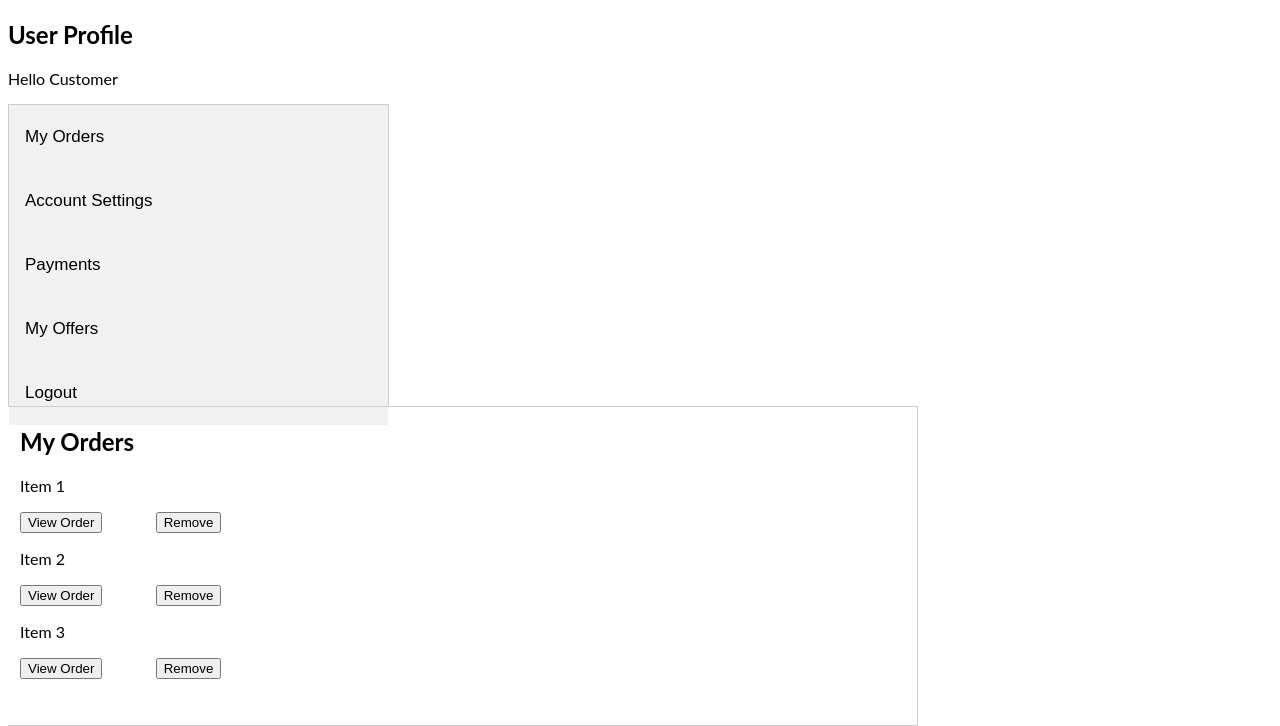
Repository: mihirhpanchal/Java-OnlineShopping
Page: http://localhost/Shop/WEB-INF/user.jsp
These files come from the project's save history. The page is drawn as it stood at one moment and after the next save; the edit follows.
The browser window is 1280 px wide. The pictures show the whole page.
The page is served by Tomcat 9. Nobody is signed in. The template is opened directly, without the code that normally fills it, so the values that code supplies are empty.

Above is the page before, as saved 2019-11-19 11:53:58.
Console error: ReferenceError: evt is not defined

After the next save:
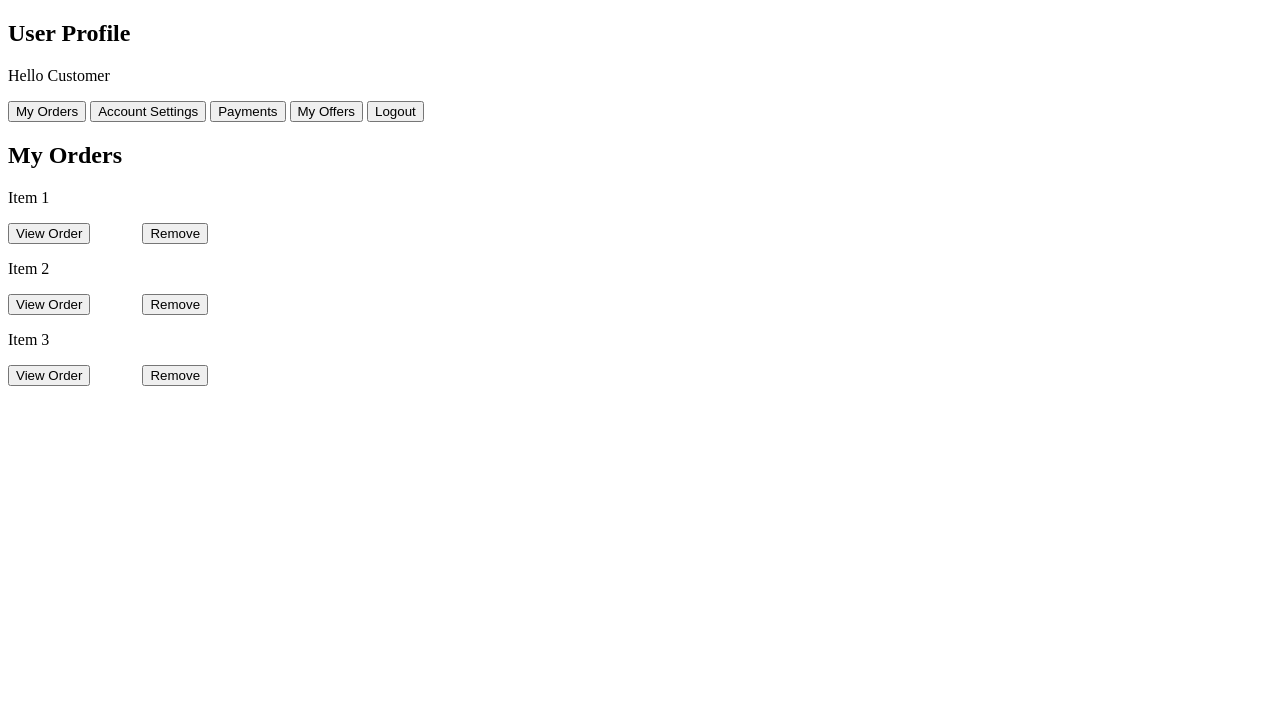
Saved 16 s later.
--- a/Shop/src/main/webapp/WEB-INF/user.jsp
+++ b/Shop/src/main/webapp/WEB-INF/user.jsp
@@ -4,7 +4,7 @@
 <html>
 <head>
 <meta http-equiv="Content-Type" content="text/html; charset=ISO-8859-1">
-<link rel = "stylesheet" type = "text/css" href = "main.css"/>
+
 
 
 </head>
